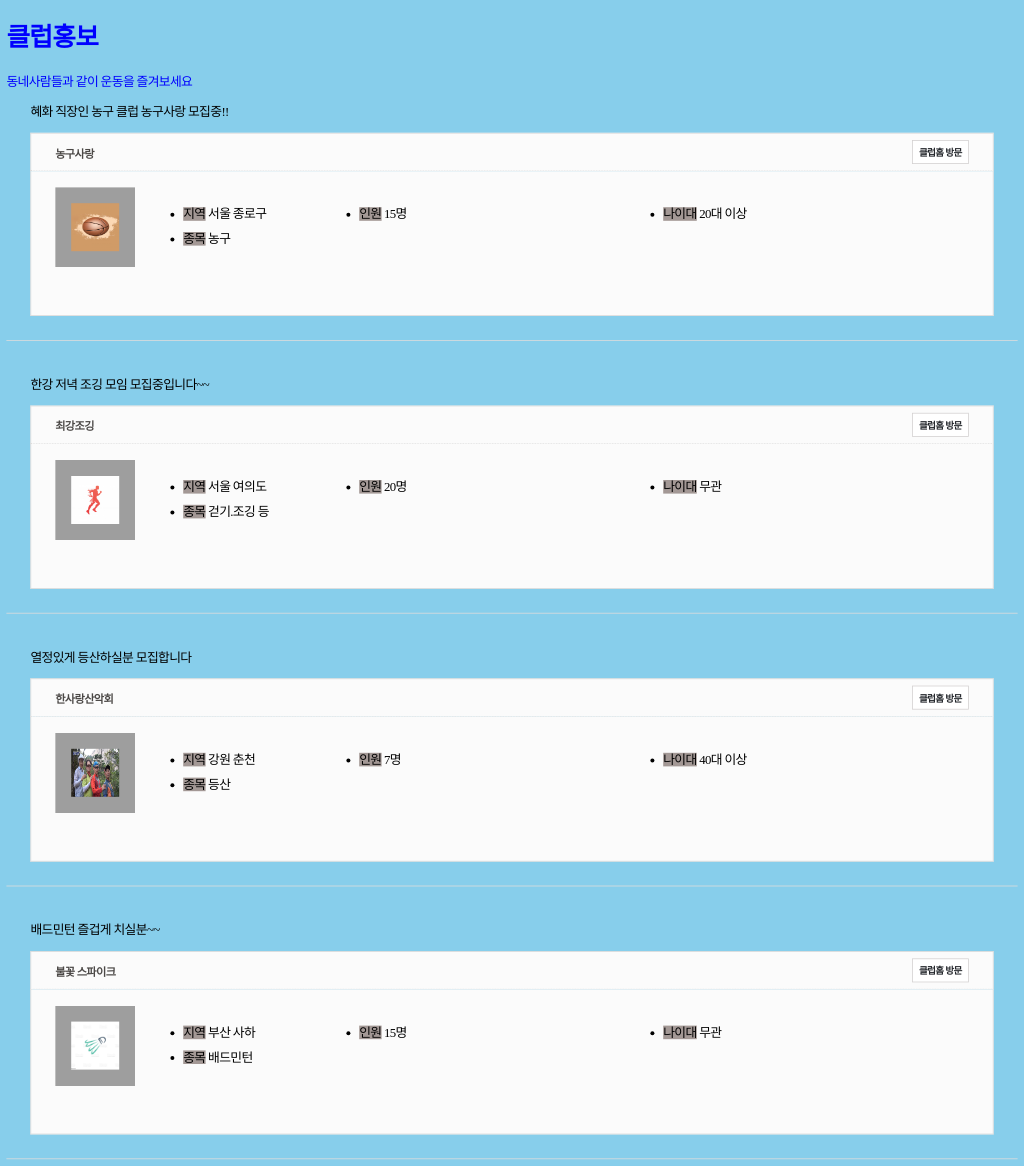
Repository: jaemin333/study
Page: club.html
An editor plug-in stored every save of this project. The page is shown before and after the next save, followed by the edit.
The browser window is 1280 px wide. The pictures show the whole page, at 80% of full size.
Pictures or frames that could not be fetched are drawn as grey boxes.

Above is the page before, as saved 2021-07-02 21:57:07.

After the next save:
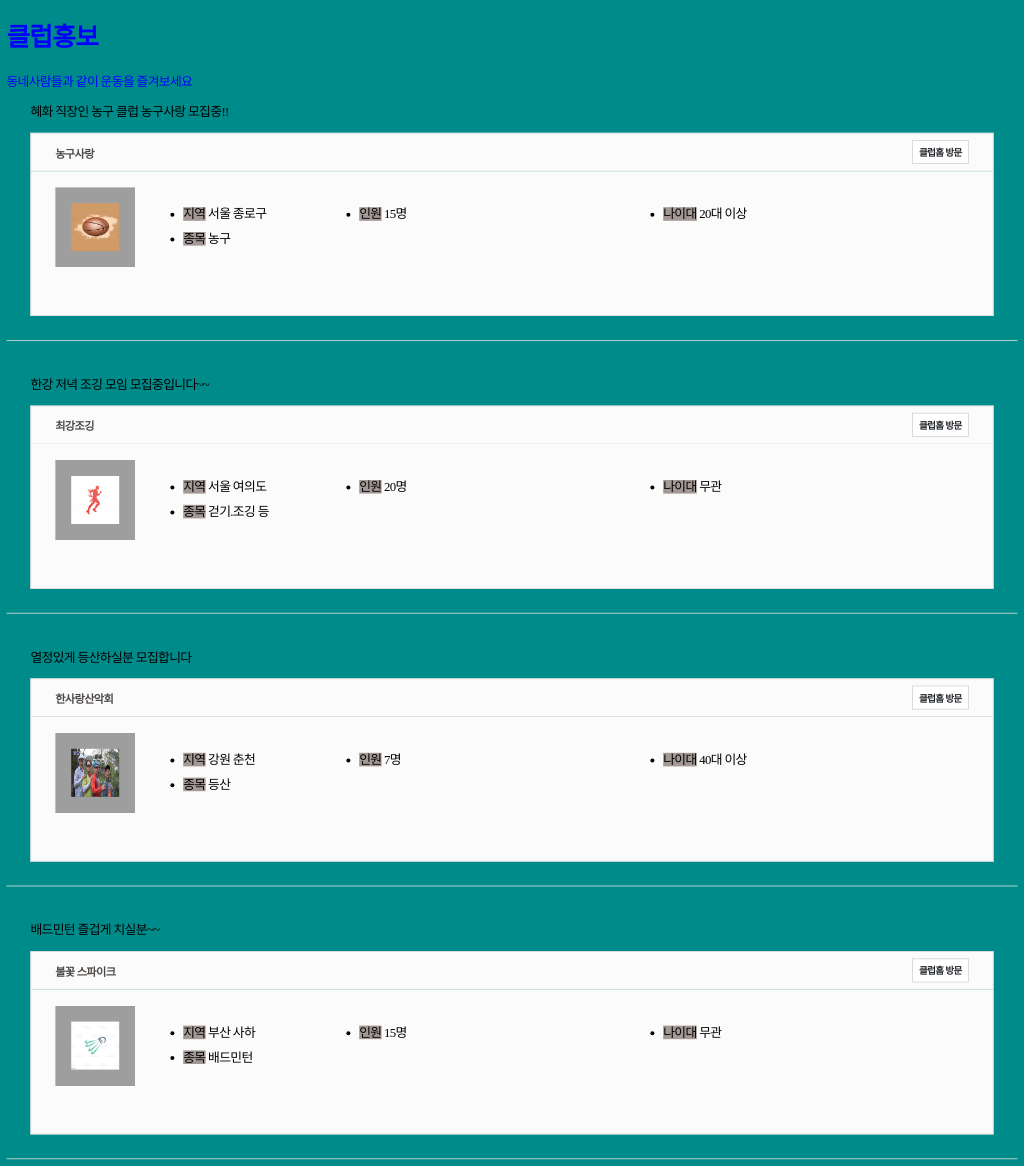
Saved 30 s later.
--- a/style.css
+++ b/style.css
@@ -5,7 +5,7 @@ div {
 
 
 body {
-    background-color: skyblue;
+    background-color: darkcyan;
     word-break: break-all;
     -ms-word-break: break-all;
     letter-spacing: -0.050em;
